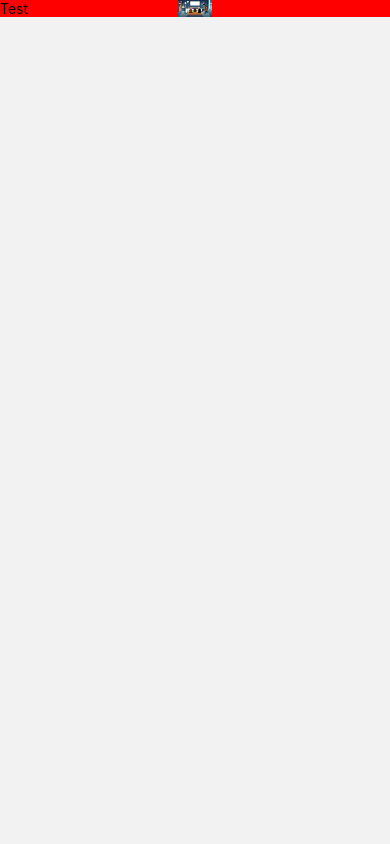
Repository: mikephayashi/budsies
Screen: /Home
An editor plug-in stored every save of this project. The screen is shown before and after the next save, followed by the edit.
The app was drawn by React Native's web renderer in a window 390 px wide. The project was rebuilt for these pictures with package versions that can differ from the ones it lists, and the page was loaded fresh each time.

Above is the screen before, as saved 2022-02-20 12:07:24.

### App.js
import { StyleSheet} from 'react-native';
import { NavigationContainer } from '@react-navigation/native';
import { createStackNavigator } from "@react-navigation/stack";
import StartScreen from './screens/startScreen';
import HomeScreen from './screens/homeScreen';

export default function App() {
  const Stack = createStackNavigator();
  return (
<NavigationContainer>
      <Stack.Navigator>
      <Stack.Screen name="Start" component={StartScreen} options={{ headerShown: false }}/>
      <Stack.Screen name="Home" component={HomeScreen} options={{ headerShown: false }}/>
      </Stack.Navigator>
    </NavigationContainer>
  );
}

const styles = StyleSheet.create({
  container: {
    flex: 1,
    backgroundColor: '#fff',
    alignItems: 'center',
    justifyContent: 'center',
  },
});

### screens/startScreen.jsx
import {View, Text, Button} from 'react-native';

export default function StartScreen({item, navigation}) {
    return (
        <View>
            <Text>Start Screen</Text>
            <Button style={"margin-top: 50px;"} title="Home" onPress={() => navigation.navigate('Home')}/>
        </View>
    );
}

### screens/homeScreen.jsx
/**
 * This source code is exported from pxCode, you can get more document from https://www.pxcode.io
 */
import React from "react";
import { StyleSheet, Text, View, ImageBackground } from "react-native";

export default function Home(props) {
  return (
    <View>
      <ImageBackground
        style={styles.container}
        source={require("../assets/start_background.png")}
        resizeMode="contain"
      >
        <Text>Test</Text>
      </ImageBackground>
    </View>
  );
}

const styles = StyleSheet.create({
  container: {
    width: "100%",
    height: "100%",
    backgroundColor: "red",
    flex: 1,
  },
});

After the next save:
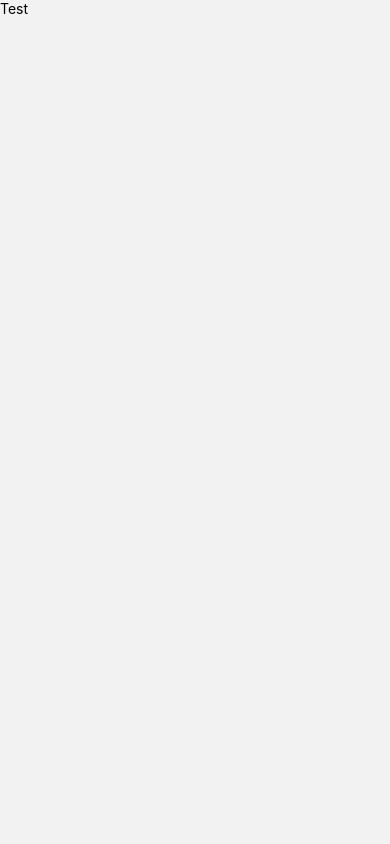
Saved 32 s later.
--- a/screens/homeScreen.jsx
+++ b/screens/homeScreen.jsx
@@ -7,13 +7,14 @@
 export default function Home(props) {
   return (
     <View>
-      <ImageBackground
+      {/* <ImageBackground
         style={styles.container}
         source={require("../assets/start_background.png")}
         resizeMode="contain"
       >
         <Text>Test</Text>
-      </ImageBackground>
+      </ImageBackground> */}
+      <Text>Test</Text>
     </View>
   );
 }

After the 2 saves that followed:
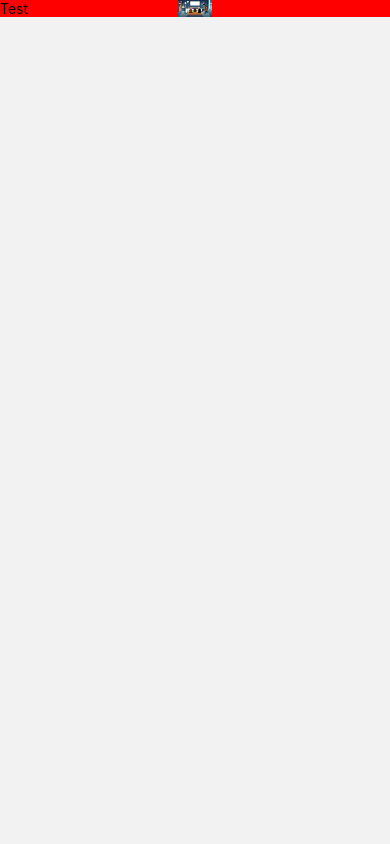
The 2 saves are shown as one change because they came seconds apart.
The last was saved 7 s later.
--- a/screens/homeScreen.jsx
+++ b/screens/homeScreen.jsx
@@ -7,14 +7,13 @@
 export default function Home(props) {
   return (
     <View>
-      {/* <ImageBackground
+      <ImageBackground
         style={styles.container}
         source={require("../assets/start_background.png")}
         resizeMode="contain"
       >
         <Text>Test</Text>
-      </ImageBackground> */}
-      <Text>Test</Text>
+      </ImageBackground>
     </View>
   );
 }
